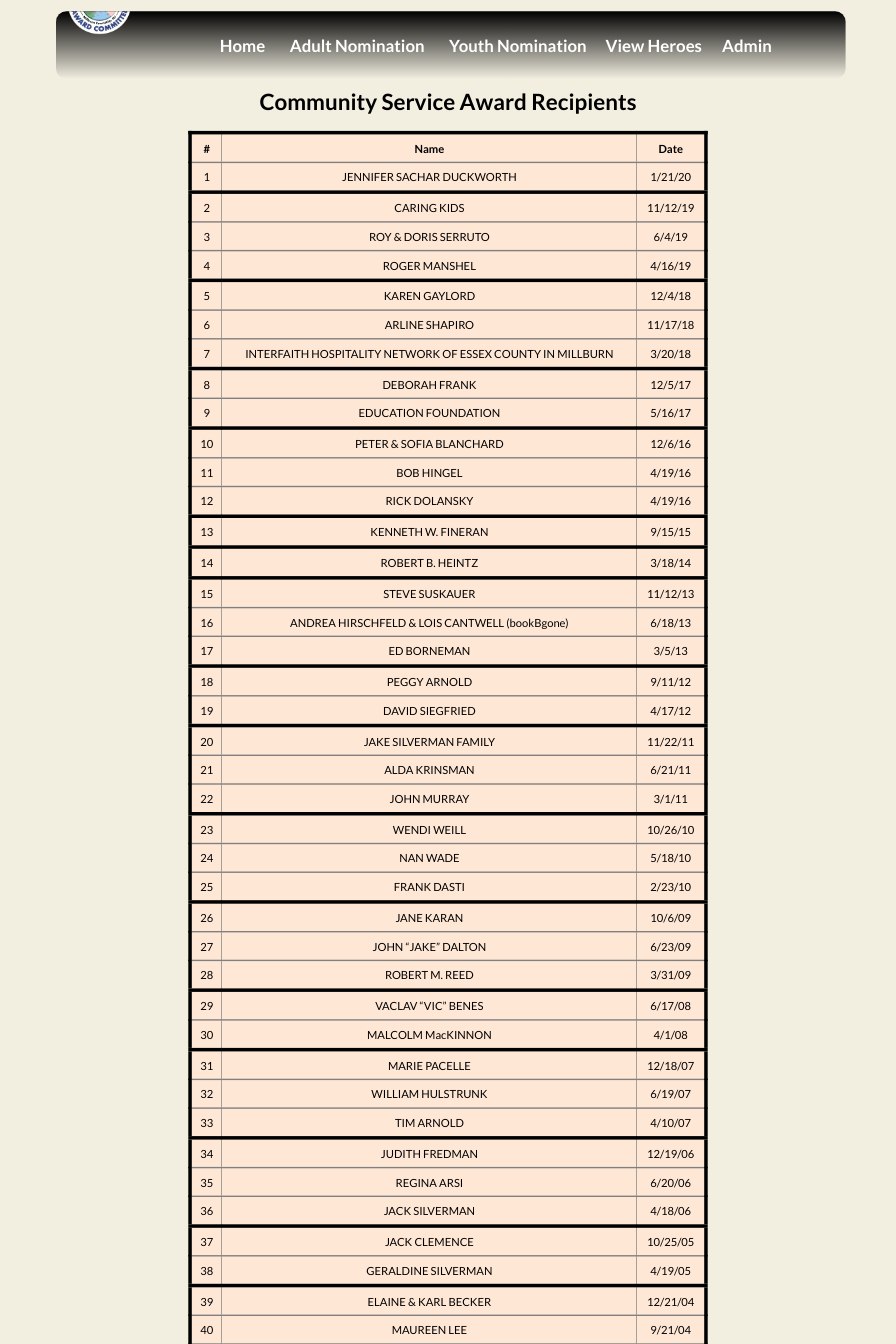
Repository: Centrattic/Young-Heroes-Website
Page: http://localhost/Frontend/before2020.php
The author's editor kept a copy of each file at every save. The page is drawn from the files as they stood at one save, then again after the next save.
The browser window is 1280 px wide. The pictures show the part of the page from y = 0 to 1920 px (the page is 3810 px tall), at 70% of full size.
The page is run by PHP 8.4 with error messages shown; the project is at /var/www/html/.

Above is the page before, as saved 2020-12-21 14:23:00.

### Eagle Project/Frontend/before2020.php
<?php
require '../Backend/functions.php';
require '../Backend/dbhconnect.php';
?>

<html>
  <head>
    <link href="https://fonts.googleapis.com/css2?family=Lato:ital,wght@0,400;0,700;1,300;1,400&display=swap" rel="stylesheet">
    <link href="../CSS/home.css" rel="stylesheet" type="text/css" />

    <link rel = "stylesheet" href = "../CSS/navbar.css">
  </head>

  <body>

    <?php
        navbar();
    ?>

    <h1> Community Service Award Recipients</h1> <!-- Most recent first!!! -->
    <br>

    <style>
        #before2020-table {
            margin: 0 auto;
            border: 5px solid black;
            border-radius: 0px;
            background-color: #ffe7d6;
            width: 65%;
        }

        th,td {
            padding: 10px;
        }

        /*td:nth-child(1) {
            border-right: 2px solid black;
            border-radius: 0px;
            padding-bottom: 0px;
            margin-bottom: 0px;
        }*/

        tr {
            border: 2px solid gray;
        }

        .last-of-year {
            border-bottom: 5px solid black;
        }

    </style>

    <table id = "before2020-table" rules = "all">
        <tr>
            <th> # </th>
            <th> Name </th>
            <th> Date </th>
        </tr>
        <!-- Most to least recent-->


        <tr class = "last-of-year">
            <td> 1 </td>
            <td> JENNIFER SACHAR DUCKWORTH </td>
            <td> 1/21/20 </td>
        </tr>

		<tr>
            <td> 2 </td>
            <td> CARING KIDS </td>
            <td> 11/12/19 </td>
        </tr>

		<tr>
            <td> 3 </td>
            <td> ROY & DORIS SERRUTO </td>
            <td> 6/4/19 </td>
        </tr>

		<tr class = "last-of-year">
            <td> 4 </td>
            <td> ROGER MANSHEL</td>
            <td> 4/16/19 </td>
        </tr>

		<tr>
            <td> 5 </td>
            <td> KAREN GAYLORD </td>
            <td> 12/4/18 </td>
        </tr>

		<tr>
            <td> 6 </td>
            <td> ARLINE SHAPIRO</td>
            <td> 11/17/18 </td>
        </tr>

		<tr class = "last-of-year">
            <td> 7 </td>
            <td> INTERFAITH HOSPITALITY NETWORK OF ESSEX COUNTY IN MILLBURN </td>
            <td> 3/20/18 </td>
        </tr>

		<tr>
            <td> 8 </td>
            <td> DEBORAH FRANK </td>
            <td> 12/5/17 </td>
        </tr>

		<tr class = "last-of-year">
            <td> 9 </td>
            <td> EDUCATION FOUNDATION </td>
            <td> 5/16/17 </td>
        </tr>
		<tr>
            <td> 10 </td>
            <td> PETER & SOFIA BLANCHARD </td>
            <td> 12/6/16 </td>
        </tr>

		<tr>
            <td> 11 </td>
            <td> BOB HINGEL </td>
            <td> 4/19/16 </td>
        </tr>

		<tr class = "last-of-year">
            <td> 12 </td>
            <td> RICK DOLANSKY </td>
            <td> 4/19/16 </td>
        </tr>

		<tr class = "last-of-year">
            <td> 13 </td>
            <td> KENNETH W. FINERAN </td>
            <td> 9/15/15 </td>
        </tr>

		<tr class = "last-of-year">
            <td> 14 </td>
            <td> ROBERT B. HEINTZ </td>
            <td> 3/18/14 </td>
        </tr>

		<tr>
            <td> 15 </td>
            <td> STEVE SUSKAUER </td>
            <td> 11/12/13 </td>
        </tr>

		<tr>
            <td> 16 </td>
            <td> ANDREA HIRSCHFELD & LOIS CANTWELL (bookBgone) </td>
            <td> 6/18/13 </td>
        </tr>

		<tr class = "last-of-year">
            <td> 17 </td>
            <td> ED BORNEMAN </td>
            <td> 3/5/13 </td>
        </tr>

		<tr>
            <td> 18 </td>
            <td> PEGGY ARNOLD </td>
            <td> 9/11/12 </td>
        </tr>

		<tr class = "last-of-year">
            <td> 19 </td>
            <td> DAVID SIEGFRIED </td>
            <td> 4/17/12 </td>
        </tr>

		<tr>
            <td> 20 </td>
            <td> JAKE SILVERMAN FAMILY </td>
            <td> 11/22/11 </td>
        </tr>

		<tr>
            <td> 21 </td>
            <td> ALDA KRINSMAN </td>
            <td> 6/21/11 </td>
        </tr>

		<tr class = "last-of-year">
            <td> 22 </td>
            <td> JOHN MURRAY </td>
            <td> 3/1/11 </td>
        </tr>

		<tr>
            <td> 23 </td>
            <td> WENDI WEILL </td>
            <td> 10/26/10 </td>
        </tr>

		<tr>
            <td> 24 </td>
            <td> NAN WADE </td>
            <td> 5/18/10 </td>
        </tr>

        <tr class = "last-of-year">
            <td> 25 </td>
            <td> FRANK DASTI </td>
            <td> 2/23/10 </td>
        </tr>

        <tr>
            <td> 26 </td>
            <td> JANE KARAN </td>
            <td> 10/6/09 </td>
        </tr>

        <tr>
            <td> 27 </td>
            <td> JOHN “JAKE” DALTON </td>
            <td> 6/23/09 </td>
        </tr>

        <tr class = "last-of-year">
            <td> 28 </td>
            <td> ROBERT M. REED </td>
            <td> 3/31/09 </td>
        </tr>

        <tr>
            <td> 29 </td>
            <td> VACLAV “VIC” BENES </td>
            <td> 6/17/08 </td>
        </tr>

		<tr class = "last-of-year">
            <td> 30 </td>
            <td> MALCOLM MacKINNON </td>
            <td> 4/1/08 </td>
        </tr>

		<tr>
            <td> 31 </td>
            <td> MARIE PACELLE </td>
            <td> 12/18/07 </td>
        </tr>

		<tr>
            <td> 32 </td>
            <td> WILLIAM HULSTRUNK </td>
            <td> 6/19/07 </td>
        </tr>

		<tr class = "last-of-year">
            <td> 33 </td>
            <td> TIM ARNOLD </td>
            <td> 4/10/07 </td>
        </tr>

		<tr>
            <td> 34 </td>
            <td> JUDITH FREDMAN </td>
            <td> 12/19/06 </td>
        </tr>

		<tr>
            <td> 35 </td>
            <td> REGINA ARSI </td>
            <td> 6/20/06 </td>
        </tr>

		<tr class = "last-of-year">
            <td> 36 </td>
            <td> JACK SILVERMAN </td>
            <td> 4/18/06 </td>
        </tr>

        <tr>
            <td> 37 </td>
            <td> JACK CLEMENCE </td>
            <td> 10/25/05 </td>
        </tr>

        <tr class = "last-of-year">
            <td> 38 </td>
            <td> GERALDINE SILVERMAN </td>
            <td> 4/19/05 </td>
        </tr>

        <tr>
            <td> 39 </td>
            <td> ELAINE & KARL BECKER </td>
            <td> 12/21/04 </td>
        </tr>

		<tr>
            <td> 40 </td>
            <td> MAUREEN LEE </td>
            <td> 9/21/04 </td>
        </tr>

		<tr>
            <td> 41 </td>
            <td> ANNE V. SMITH </td>
            <td> 6/15/04 </td>
        </tr>

		<tr class = "last-of-year">
            <td> 42 </td>
            <td> W. OWEN LAMPE </td>
            <td> 4/8/04 </td>
        </tr>

		<tr>
            <td> 43 </td>
            <td> EVA GOTTSCHO </td>
            <td> 12/2/03 </td>
        </tr>

		<tr class = "last-of-year">
            <td> 44 </td>
            <td> WILLIAM E. JUDES </td>
            <td> 6/10/03 </td>
        </tr>

		<tr>
            <td> 45 </td>
            <td> DELIA WALBRIDGE </td>
            <td> 12/3/02 </td>
        </tr>

		<tr>
            <td> 46 </td>
            <td> SHARON & AVI BRENDER </td>
            <td> 9/10/02 </td>
        </tr>

		<tr class = "last-of-year">
            <td> 47 </td>
            <td> ANGELO Del ROSSI </td>
            <td> 6/11/02 </td>
        </tr>

		<tr>
            <td> 48 </td>
            <td> LOUISE GILI </td>
            <td> 11/20/01 </td>
        </tr>

		<tr>
            <td> 49 </td>
            <td> THOMAS J. EAKLEY </td>
            <td> 8/21/01 </td>
        </tr>

		<tr class = "last-of-year">
            <td> 50 </td>
            <td> SHERMAN T. BREWER, JR. </td>
            <td> 3/20/01 </td>
        </tr>

		<tr>
            <td> 51 </td>
            <td> MARK GUTERMAN </td>
            <td> 12/5/00 </td>
        </tr>

		<tr>
            <td> 52 </td>
            <td> ELEANOR T. McGLAUGHLIN </td>
            <td> 9/19/00 </td>
        </tr>

		<tr>
            <td> 53 </td>
            <td> JOAN DAESCHLER </td>
            <td> 6/13/00 </td>
        </tr>

		<tr class = "last-of-year">
            <td> 54 </td>
            <td> WALTER JEFFREY, JR. </td>
            <td> 4/18/00 </td>
        </tr>

		<tr>
            <td> 55 </td>
            <td> DR. PAUL KEARNEY </td>
            <td> 11/9/99 </td>
        </tr>

		<tr class = "last-of-year">
            <td> 56 </td>
            <td> LEIGH GIFFORD </td>
            <td> 4/13/99 </td>
        </tr>

		<tr>
            <td> 57 </td>
            <td> LYNNE RANIERI </td>
            <td> 12/15/98 </td>
        </tr>

		<tr>
            <td> 58 </td>
            <td> ELAINE BIRNHOLZ </td>
            <td> 10/20/98 </td>
        </tr>

		<tr>
            <td> 59 </td>
            <td> NANCY GOAT </td>
            <td> 6/9/98 </td>
        </tr>

		<tr class = "last-of-year">
            <td> 60 </td>
            <td> JAMES LAURIE </td>
            <td> 3/17/98 </td>
        </tr>

		<tr>
            <td> 61 </td>
            <td> JOAN BORNEMAN </td>
            <td> 12/16/97 </td>
        </tr>

		<tr>
            <td> 62 </td>
            <td> PHYLLIS KINGSBURY </td>
            <td> 10/7/97 </td>
        </tr>

		<tr>
            <td> 63 </td>
            <td> LINDSEY REBECCA HUSTON </td>
            <td> 6/24/97 </td>
        </tr>

		<tr class = "last-of-year">
            <td> 64 </td>
            <td> ALFRED H. CONNELLEE </td>
            <td> 4/19/97 </td>
        </tr>

		<tr>
            <td> 65 </td>
            <td> HARRIET LOWENGRUB </td>
            <td> 12/3/96 </td>
        </tr>

		<tr>
            <td> 66 </td>
            <td> JOHN S. WARE </td>
            <td> 6/25/96 </td>
        </tr>

        <tr class = "last-of-year">
            <td> 67 </td>
            <td> SUSANNAH J. LIKINS </td>
            <td> 3/19/96 </td>
        </tr>

        <tr>
            <td> 68 </td>
            <td> IRIS STOLOFF </td>
            <td> 12/5/95 </td>
        </tr>

        <tr>
            <td> 69 </td>
            <td> DOUGLAS REED </td>
            <td> 9/5/95 </td>
        </tr>

		<tr>
            <td> 70 </td>
            <td> CHARLES T. & DOROTHY KING </td>
            <td> 6/27/95 </td>
        </tr>

		<tr class = "last-of-year">
            <td> 71 </td>
            <td> ROBERT E. MARSHALL </td>
            <td> 3/21/95 </td>
        </tr>

        <tr>
            <td> 72 </td>
            <td> LOUIS J. KURTZ </td>
            <td> 2/6/94 </td>
        </tr>

		<tr>
            <td> 73 </td>
            <td> LEZETTE PROUD </td>
            <td> 9/13/94 </td>
        </tr>

		<tr class = "last-of-year">
            <td> 74 </td>
            <td> LAUREN HUSTON </td>
            <td> 6/14/94 </td>
        </tr>

		<tr>
            <td> 75 </td>
            <td> DONALD L. CAMPBELL </td>
            <td> 7/6/93 </td>
        </tr>

		<tr class = "last-of-year">
            <td> 76 </td>
            <td> MAUREEN S. SILVER </td>
            <td> 4/27/93 </td>
        </tr>

        <tr>
            <td> 77 </td>
            <td> STEPHEN LEIT </td>
            <td> 6/16/92 </td>
        </tr>

        <tr>
            <td> 78 </td>
            <td> MURIEL SCHWARTZSTEIN </td>
            <td> 5/5/92 </td>
        </tr>

        <tr class = "last-of-year">
            <td> 79 </td>
            <td> EVELYN ORTNER </td>
            <td> 3/3/92 </td>
        </tr>

        <tr>
            <td> 80 </td>
            <td> LINDA McDONOUGH </td>
            <td> 12/17/91 </td>
        </tr>

        <tr>
            <td> 81 </td>
            <td> ALFRED T. PEDECINE </td>
            <td> 9/3/91 </td>
        </tr>

        <tr>
            <td> 82 </td>
            <td> EDITH CONNELLEE </td>
            <td> 8/16/91 </td>
        </tr>

        <tr>
            <td> 83 </td>
            <td> LORI FRIEDMAN </td>
            <td> 6/11/91 </td>
        </tr>

        <tr>
            <td> 84 </td>
            <td> WILLIAM CONROE </td>
            <td> 5/21/91 </td>
        </tr>

        <tr>
            <td> 87 </td>
            <td> ELIZABETH NAUGHTON </td>
            <td> 5/5/91 </td>
        </tr>

    </table>



</body>
</html>

### Eagle Project/Backend/dbhconnect.php
<?php
  $servername = "localhost";
  $dbUsername = "root";
  $dbPassword = "";
  $dbName = "young_heroes";

  //connecting to database
  $connection = new mysqli($servername, $dbUsername, $dbPassword, $dbName);

  //error message if connection fails
  if(!$connection){
    die("Connection failed: ".mysqli_connect_error());
  }
?>

### Eagle Project/CSS/home.css
* {
    text-align: center;
    padding: 2px;
    margin: 2px;
    font-family: 'Lato', sans-serif;
    border-radius: 15px;

}

body {
    background-color: #F2EFE1;

}

#homepicgrid {
    display: grid;
    width: auto;
    height: 30%;

    grid-template-columns: auto auto auto auto;
    grid-template-rows: auto;
}

#homepicgrid img {
    height: 100%;
    object-fit: cover;
    width: 100%;
}


#homepagetitle {
    font-size: 2em;
    width: auto;
    background-color: white;
    padding: 10px;
    margin: 5px;
}



#hometextgrid {
    display: grid;
    width: auto;
    margin: 0 auto;
    grid-template-columns: auto auto auto;
    grid-template-rows: auto auto;
}

#hometextgrid div {
    background-color: #E2DECC;
    padding: 20px;
}


#CSAChistory {
    background-color: #E2DECC;
    padding: 20px;
    padding-top: 0;
    margin: 10px 0;
}
#impact {
    background-color: white;
    width: 35%;
    margin: 2% auto;
    border: 10px solid transparent;
    border-image: url("../Images/borderhome.jpg") 30 round !important;
}

#impact h3 {
    margin: 15%;
}


#getinvolved {
    background-image: url("../Images/millburnblossoms.jpg");
    height: 60%;
    display: flex;
    align-items: center;
    justify-content: center;
}

#nominateahero {
    width: 70%;
    padding: 0 20px;
    background-color:  #F2EFE1;
}

#getinvolved p {
    margin: 10px;
}

button {
    font-size: 1em;
}

### Eagle Project/CSS/navbar.css
* {
    text-align: center;
    font-family: 'Lato', sans-serif;
}

body {
    background-color: #F2EFE1;
}


.menu-area li{
    display: inline;
    color: white;
    font-weight: bold;
    font-size: 1.5em;
    padding-bottom: 10px;
}

.menu-area .non-dropdown a{
    display: inline-block;
    padding: 30px 10px;
    color: white;
    box-sizing: border-box;

}

.menu-area a {
    text-decoration: none;
    color: white;
}

.menu-area .nav-dropdown .dropdown-content li a{
    display: inline-block;
    text-align: center;
    padding: 14px 16px;
    text-decoration: none;
}

.menu-area {
    width: 100%;
    background-image: linear-gradient(black, #F2EFE1);
    overflow: hidden;
    border-radius: 15px;
}

.menu-area .non-dropdown:hover{
    border-radius: 0px;
    border-bottom: 10px solid aliceblue;
}

.menu-area li a {
    box-sizing: border-box;
}

.nav-dropbtn {
    text-decoration: none;
    color: white;
}

/*FIX THIS LATER*/


#logout {
    all: unset;
}

body {
    margin: 0 5%;
}

/* ------------------*/



li.nav-dropdown {
    display: inline-block;
}

.dropdown-content {
    display: none;
    position: absolute;
    background-color: #f9f9f9;
    min-width: 150px;
    box-shadow: 0px 8px 16px 0px rgba(0,0,0,0.2);
    z-index: 1;

}

.dropdown-content a {
    color: black;
    padding: 12px 16px;
    text-decoration: none;
    display: block;
    font-size: .9em;
    text-align: left;
}


.dropdown-content a:hover {
    background-color: #f1f1f1;
}


.nav-dropdown:hover .dropdown-content {
    display: block;
    border-radius: 0px;
}


/* Footer*/



.site-footer {
    background-color: #E2DECC;
      text-align: center;
      margin: 10px 0;
      padding: 10px 0;
  }

  #social-wrapper {
      text-align: center;
  }

  /*Social Media Icons*/
  .social-wrapper {
      text-align: center;
  }

  .social-wrapper ul li {
      display: inline;
      margin: 0 5px;
  }

  .twitter-icon,
  .facebook-icon,
  .instagram-icon,
  .linkedin-icon,
  .googleplus-icon,
  .youtube-icon,
  .foursquare-icon{
      margin-top: .625em;
      width: 40px;
      height: 40px;
      opacity: .6;
      filter: alpha(opacity=60); /* For IE8 and earlier */
    border-radius: 25px;
  }

  .twitter-icon:hover,
  .facebook-icon:hover,
  .instagram-icon:hover,
  .linkedin-icon:hover,
  .googleplus-icon:hover,
  .youtube-icon:hover,
  .foursquare-icon:hover {
      opacity: 1.0;
      filter: alpha(opacity=100); /* For IE8 and earlier */
  }

  .footer-nav p {
      text-align: center;
  }

Loaded but not shown: Eagle Project/Backend/functions.php (1101 lines, source omitted)

After the next save:
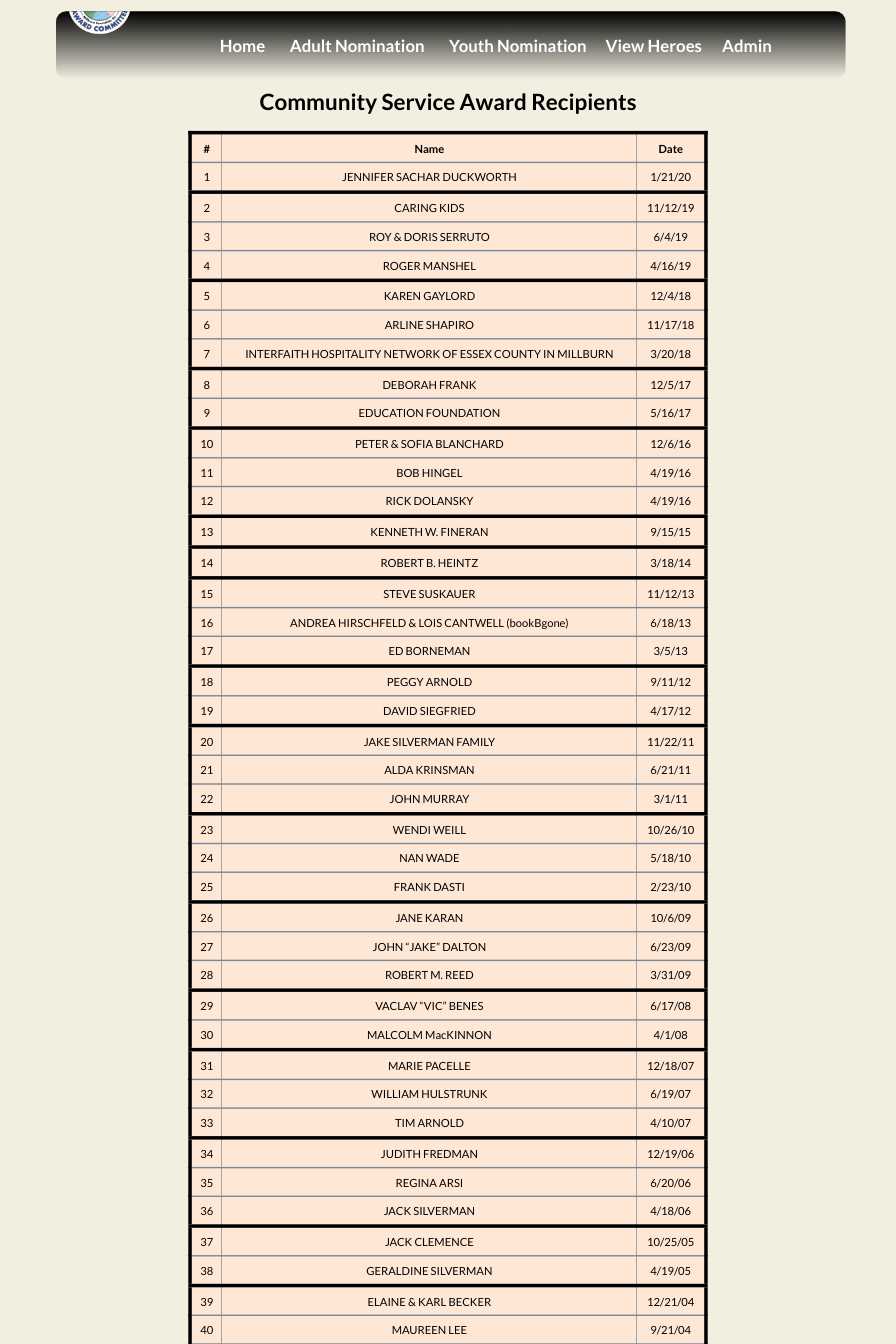
Saved 16 s later.
--- a/Eagle Project/Frontend/before2020.php
+++ b/Eagle Project/Frontend/before2020.php
@@ -41,7 +41,7 @@ require '../Backend/dbhconnect.php';
         }*/
 
         tr {
-            border: 2px solid gray;
+            border: 2px solid lightslategray;
         }
 
         .last-of-year {
